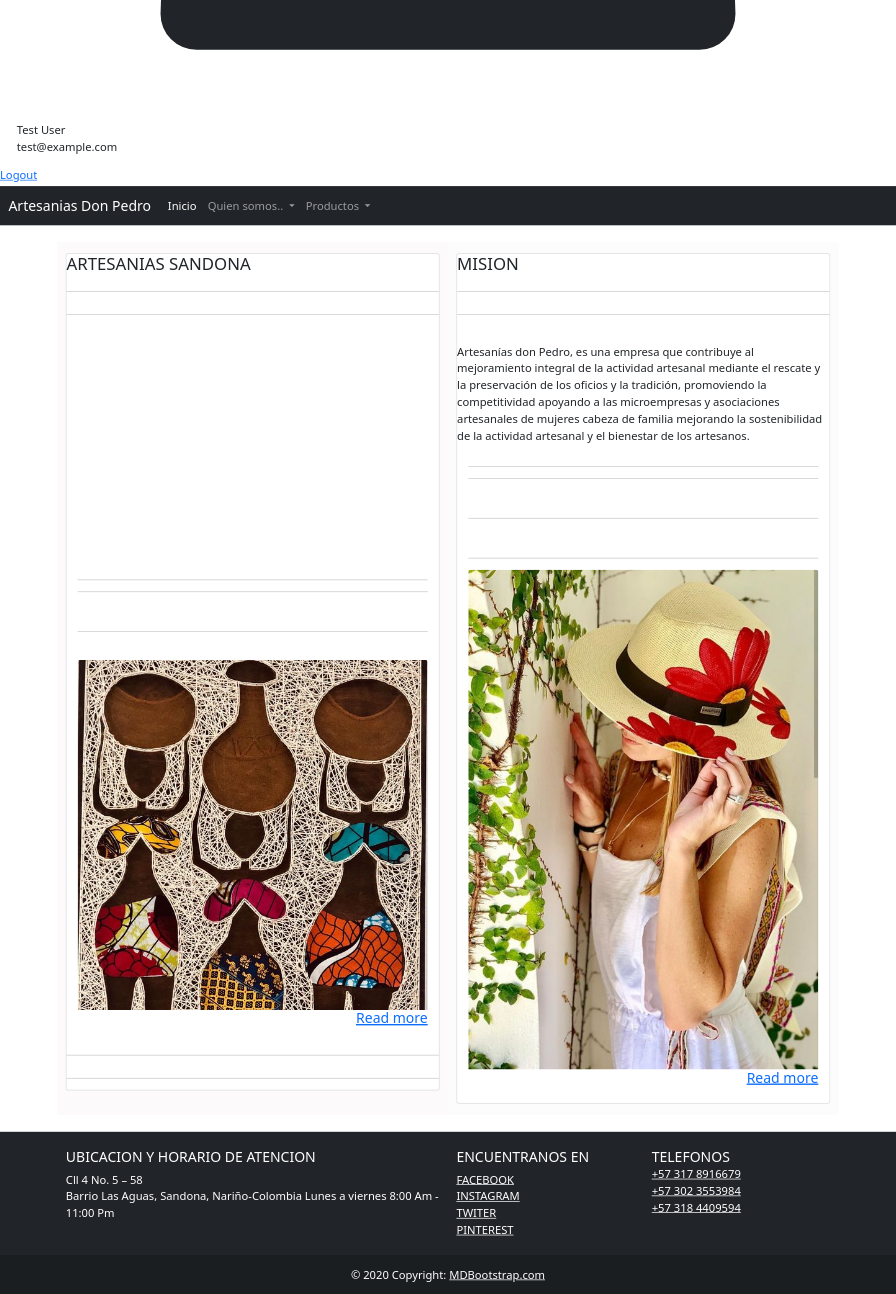
Repository: PG210/taller_artesania
Page: http://localhost/arte/mision
The author's editor kept a copy of each file at every save. The page is drawn from the files as they stood at one save, then again after a run of saves.
The browser window is 1280 px wide. The pictures show the part of the page from y = 2577 to 4497 px (the page is 4426 px tall before and 4497 px after), at 70% of full size.
Pictures or frames that could not be fetched are drawn as grey boxes. The page is served by the project's Laravel application, run on PHP 8.4 with Laravel 8. A made-up administrator, Test User (test@example.com), is signed in.

Above is the page before, as saved 2021-01-14 16:21:28.

After the next 2 saves:
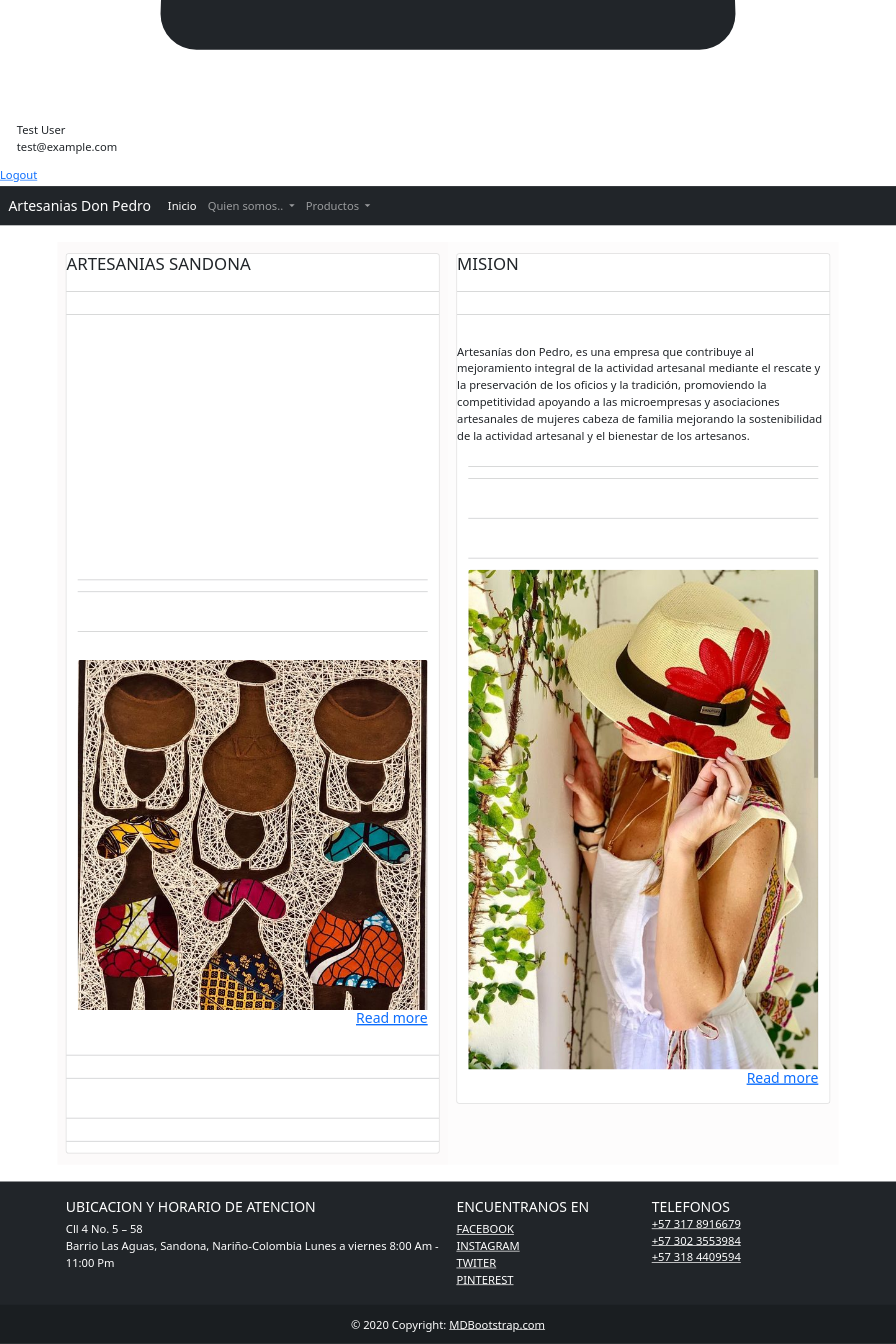
The 2 saves are shown as one change because they came seconds apart.
The last was saved 20 s later.
--- a/resources/views/arte/mision.blade.php
+++ b/resources/views/arte/mision.blade.php
@@ -64,6 +64,9 @@
                     </div>
                     <hr class="hr-light">
                     <hr class="hr-light">
+                    <br>
+                    <hr class="hr-light">
+                    <hr class="hr-light">
 
                 </div>
                 <!-- Card Dark -->
